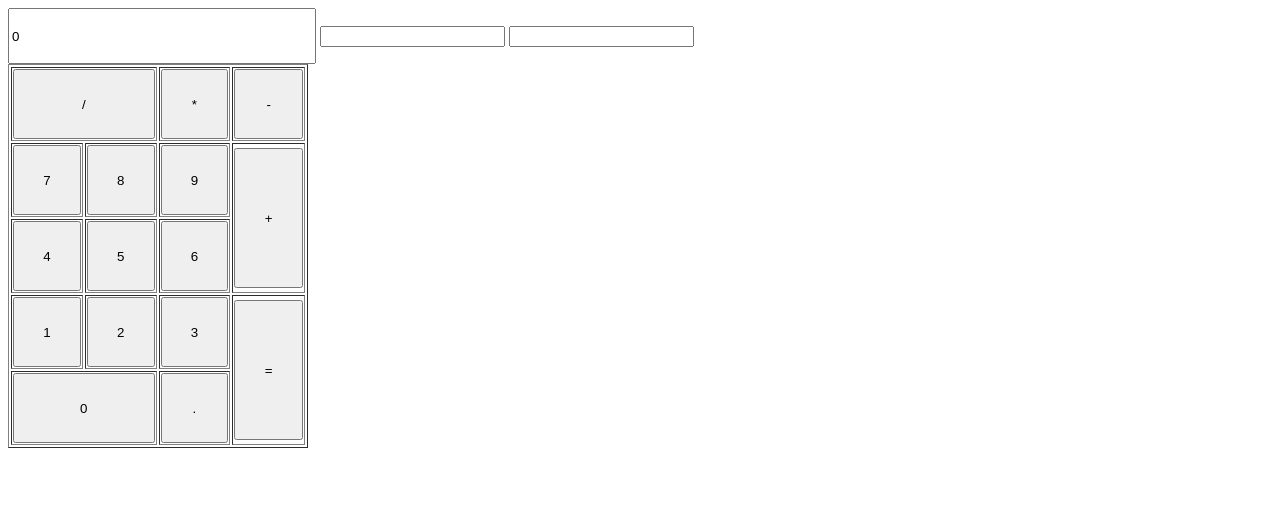
Repository: BaekJiGyeong/JSP
Page: http://localhost/AB_WebCalc/
An editor plug-in stored every save of this project. The page is shown before and after the next save, followed by the edit.
The browser window is 1280 px wide. The pictures show the whole page.
The page is served by Tomcat 9. Other server files are loaded and not shown.

Above is the page before, as saved 2016-02-02 05:21:47.

### AB_WebCalc/WebContent/index.jsp
<%@ page language="java" contentType="text/html; charset=UTF-8"
	pageEncoding="UTF-8"%>
<!DOCTYPE html>
<html>
<head>
<meta http-equiv="Content-Type" content="text/html; charset=UTF-8">
<title>Insert title here</title>
<script type="text/javascript">

	function add(str) {
		// alert(str);

		//document.getElementById("display").value += str; //"document( html 전체) 에서 id를 이용해서 element를 가지고 와라
		var dispaly = document.getElementById('display'); //var variable이라고 읽음

		if ( str == "+" || str == "-" || str == "*" || str == "/") {
			document.getElementById("f").value = display.value;
			display.value = "0";
			return;
		}
		else if ( str == "=" ) {
			document.getElementById("s").value = display.value;
			display.value = "0";


			var f = document.getElementById("f").value;
			var s = document.getElementById("s").value;
			var result = parseInt(f) + parseInt(s);
			//alert(result);
			display.value= result;
			return;
		}

		if (display.value==0){
			display.value = "";
		}

		display.value += str;
	}

</script>
</head>
<body>
	<input type="text" id="display" value="0"
		style="width: 300px; height: 50px;" />

	<input type="text" id="f" name="f" />
	<input type="text" id="s" name="s" />

	<table border="1" width="300" height="300">
		<tr>
			<td colspan="2"><input type="button" id="division" value="/"
				style="width: 100%; height: 70px;" onclick="add('/')"/></td>
			<td><input type="button" id="multiplication" value="*"
				style="width: 100%; height: 70px;" onclick="add('*')"/></td>
			<td><input type="button" id="subtraction" value="-"
				style="width: 100%; height: 70px;" onclick="add('-')"/></td>
		</tr>
		<tr>
			<td><input type="button" id="7" value="7"
				style="width: 100%; height: 70px;" onclick="add('7')"/></td>
			<td><input type="button" id="8" value="8"
				style="width: 100%; height: 70px;" onclick="add('8')"/></td>
			<td><input type="button" id="9" value="9"
				style="width: 100%; height: 70px;" onclick="add('9')"/></td>
			<td rowspan="2"><input type="button" id="plus" value="+"
				style="width: 100%; height: 140px;" onclick="add('+')"/></td>
		</tr>
		<tr>
			<td><input type="button" id="4" value="4"
				style="width: 100%; height: 70px;" onclick="add('4')"/></td>
			<td><input type="button" id="5" value="5"
				style="width: 100%; height: 70px;" onclick="add('5')"/></td>
			<td><input type="button" id="6" value="6"
				style="width: 100%; height: 70px;" onclick="add('6')"/></td>
		</tr>
		<tr>
			<td><input type="button" id="1" value="1"
				style="width: 100%; height: 70px;" onclick="add('1')"/></td>
			<td><input type="button" id="2" value="2"
				style="width: 100%; height: 70px;" onclick="add('2')"/></td>
			<td><input type="button" id="3" value="3"
				style="width: 100%; height: 70px;" onclick="add('3')"/></td>
			<td rowspan="2"><input type="button" id="result" value="="
				style="width: 100%; height: 140px;" onclick="add('=')"/></td>
		</tr>
		<tr>
			<td colspan="2"><input type="button" id="0" value="0"
				style="width: 100%; height: 70px;" onclick="add('0')"/></td>
			<td><input type="button" id="dot" value="."
				style="width: 100%; height: 70px;" onclick="add('.')"/></td>
		</tr>
	</table>
</body>
</html>

After the next save:
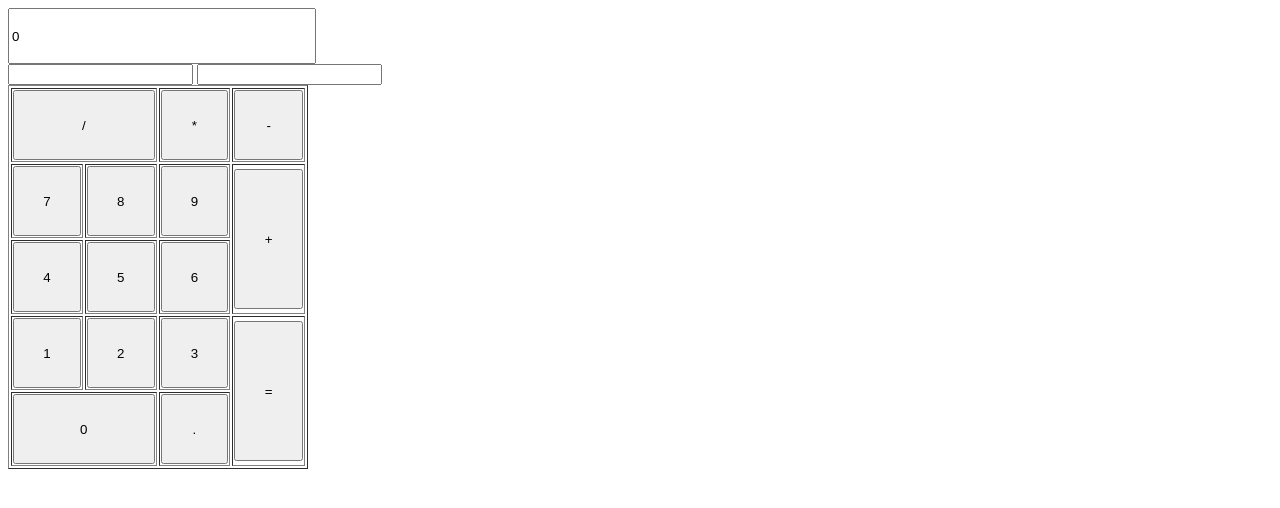
Saved 6 min 25 s later.
--- a/AB_WebCalc/WebContent/index.jsp
+++ b/AB_WebCalc/WebContent/index.jsp
@@ -22,13 +22,15 @@
 			document.getElementById("s").value = display.value;
 			display.value = "0";
 
-
+			document.getElementById("calcForm").submit();
+			/*
 			var f = document.getElementById("f").value;
 			var s = document.getElementById("s").value;
 			var result = parseInt(f) + parseInt(s);
 			//alert(result);
 			display.value= result;
 			return;
+			*/
 		}
 
 		if (display.value==0){
@@ -44,9 +46,13 @@
 	<input type="text" id="display" value="0"
 		style="width: 300px; height: 50px;" />
 
-	<input type="text" id="f" name="f" />
-	<input type="text" id="s" name="s" />
 
+
+	<form id = "calcForm" method="post" action="AA_HelloJSP/calc3.jsp"	>
+		<input type="text" id="f" name="f" />
+		<input type="text" id="s" name="s" />
+
+	</form>
 	<table border="1" width="300" height="300">
 		<tr>
 			<td colspan="2"><input type="button" id="division" value="/"
